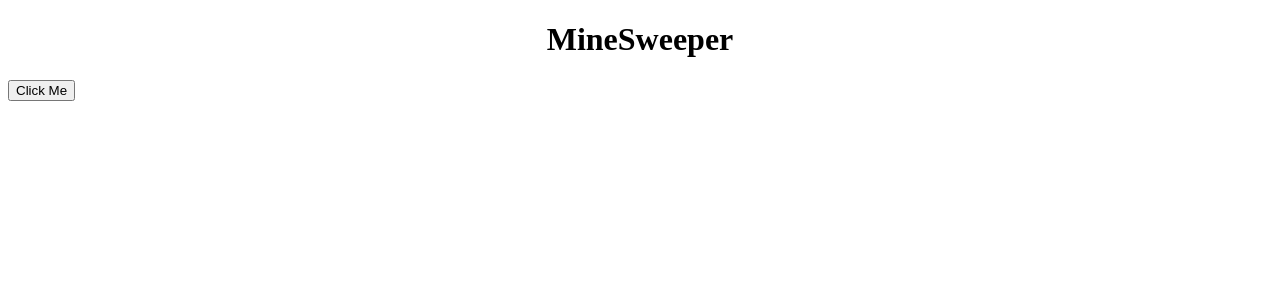
Repository: issaRan/MineSweeper
Page: html/index.html
The author's editor kept a copy of each file at every save. The page is drawn from the files as they stood at one save, then again after the next save.
The browser window is 1280 px wide. The pictures show the whole page.

Above is the page before, as saved 2020-10-20 13:29:18.

### html/index.html
<!DOCTYPE html>
<html lang="en">
<head>
    <meta charset="UTF-8">
    <meta name="viewport" content="width=device-width, initial-scale=1.0">
    <title>MineSweeper</title>
    <link rel="stylesheet" href="../css/styles.css">
    <script src="../js/index.js"></script>
</head>
<body>
    <h1>MineSweeper</h1>
    <button onclick="myFunction()">Click Me</button>
</body>
</html>

### js/index.js
function myFunction(){
    alert("bUGA")
}

Loaded but not shown: css/styles.css (common file)

After the next save:
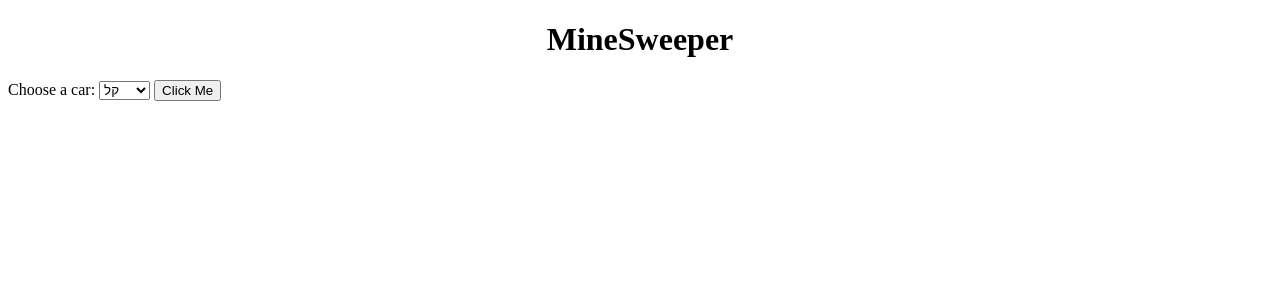
Saved 2 h 11 min later.
--- a/html/index.html
+++ b/html/index.html
@@ -9,6 +9,12 @@
 </head>
 <body>
     <h1>MineSweeper</h1>
+    <label for="cars">Choose a car:</label>
+    <select id="cars">
+    <option value="volvo">קל</option>
+    <option value="saab">בינוני</option>
+    <option value="opel">קשה</option>
+    </select>
     <button onclick="myFunction()">Click Me</button>
 </body>
 </html>
